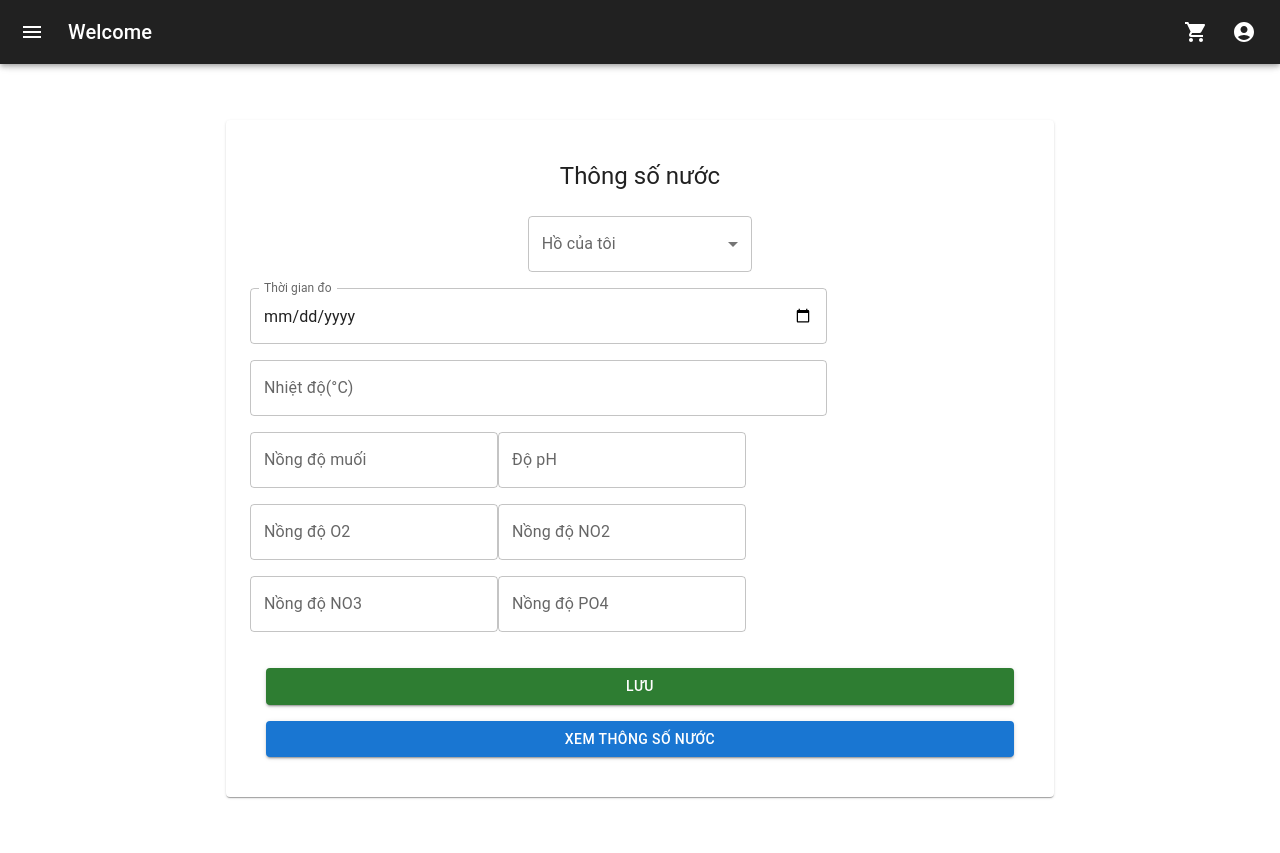
Repository: huynguyenj/KOICARE_FRONTEND
Page: /userhome/param (app in kcs-frontend/)
These files come from the project's save history. The page is drawn as it stood at one moment and after the next save; the edit follows.
The browser window is 1280 px wide. The pictures show the whole page.
The project was rebuilt for these pictures with package versions that can differ from the ones it lists, and the page was loaded fresh each time. Also part of the build but not shown: kcs-frontend/vite.config.js, kcs-frontend/src/components/Header/Header.css, kcs-frontend/src/components/Header/Header.jsx, kcs-frontend/src/components/Footer/Footer.jsx, kcs-frontend/src/components/Footer/FooterEnd.jsx, kcs-frontend/src/components/Footer/FooterCR.jsx, kcs-frontend/src/components/Footer/Footer1.jsx, kcs-frontend/src/pages/Guest/Home/Home.jsx and 38 more.

Above is the page before, as saved 2024-10-26 15:06:51.

After the next save:
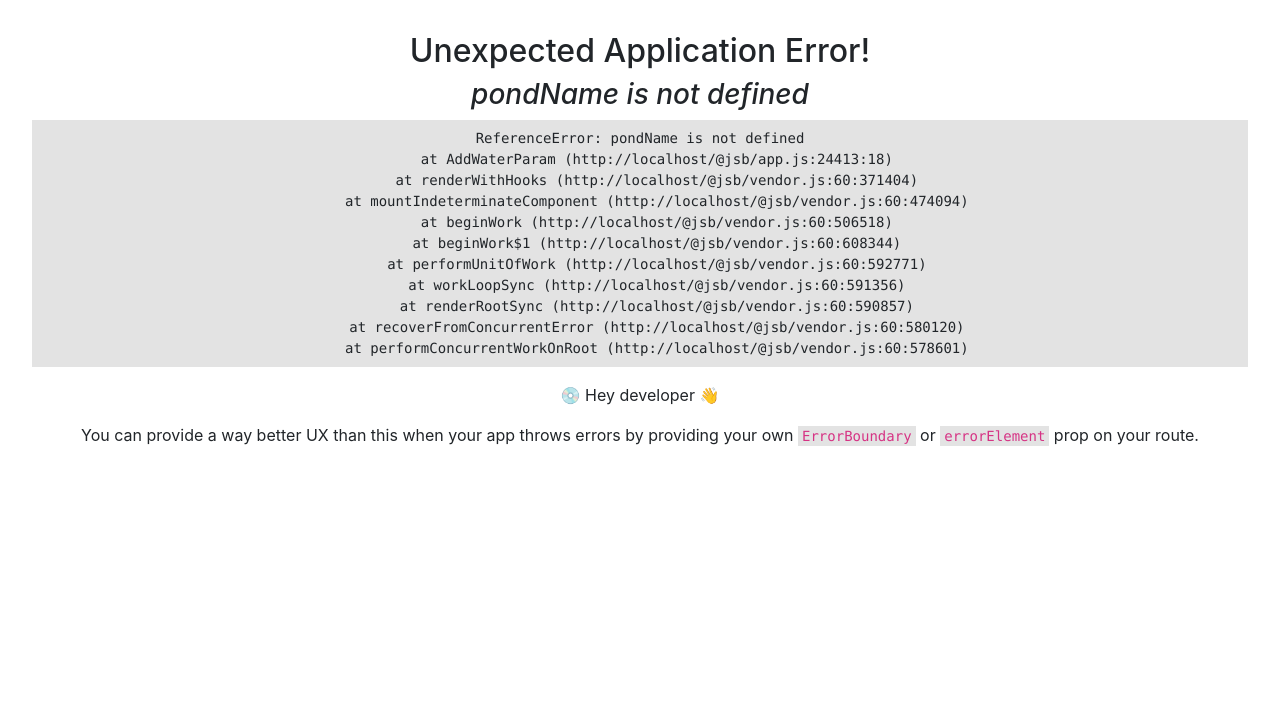
Console error: ReferenceError: pondName is not defined
Saved 4 s later.
--- a/kcs-frontend/src/pages/Calculate/WaterParam/AddWaterParam.jsx
+++ b/kcs-frontend/src/pages/Calculate/WaterParam/AddWaterParam.jsx
@@ -19,7 +19,7 @@ function AddWaterParam() {
   const [update, setUpdate] = useState(false);
   const [error,setError] = useState({});
   const [ponds,setPonds] = useState([]);
-  const [pondName,setPondId] = useState();
+  const [pondId,setPondId] = useState();
   const [data, setData] = useState({
     mesurementTime: "",
     temperature: "",

After the save that followed:
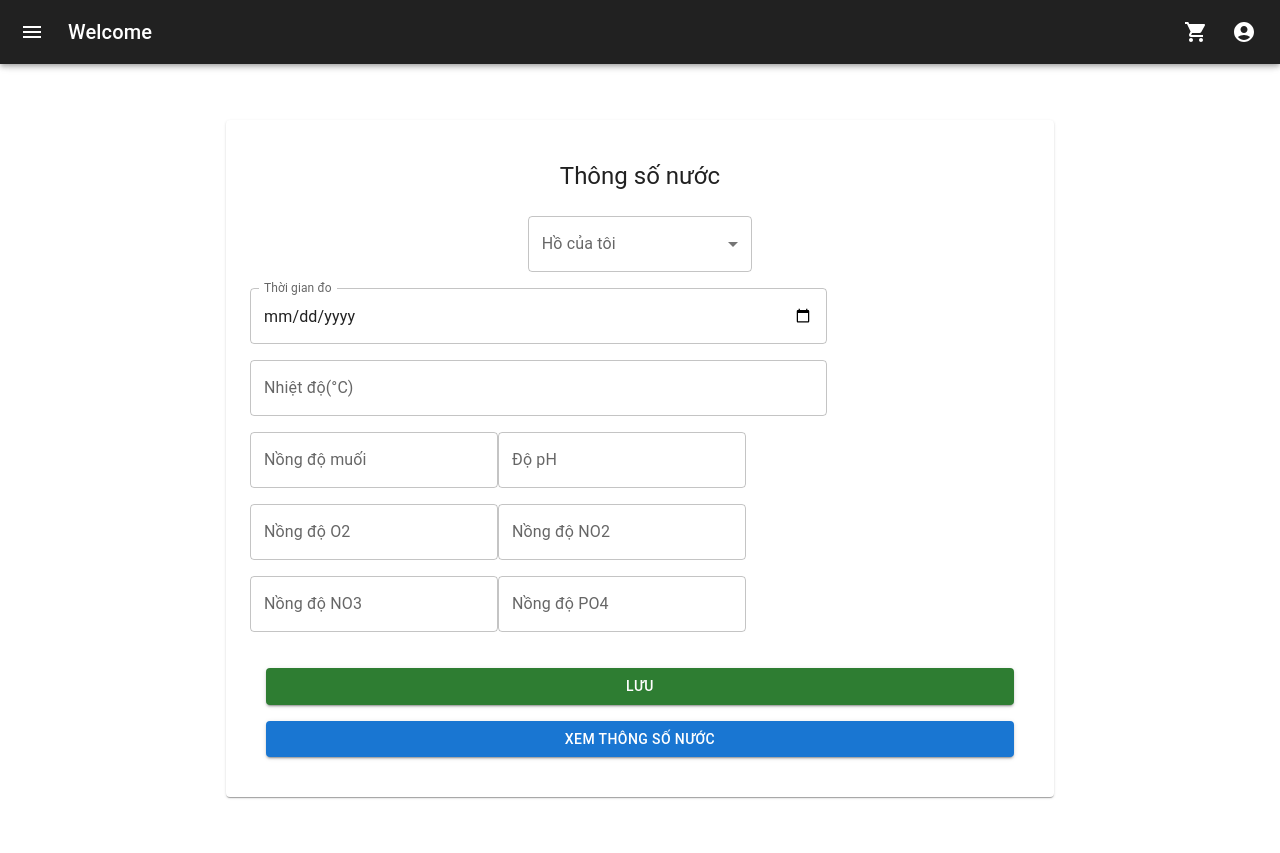
The error is gone.
Saved 6 s later.
--- a/kcs-frontend/src/pages/Calculate/WaterParam/AddWaterParam.jsx
+++ b/kcs-frontend/src/pages/Calculate/WaterParam/AddWaterParam.jsx
@@ -94,7 +94,7 @@ function AddWaterParam() {
           <FormControl sx={{width:"30%", mb:4}}>
         <InputLabel >Hồ của tôi</InputLabel>
         <Select
-          value={pondName}
+          value={pondId}
           label="Hồ của tôi"
           onChange={handlePond}
         >
